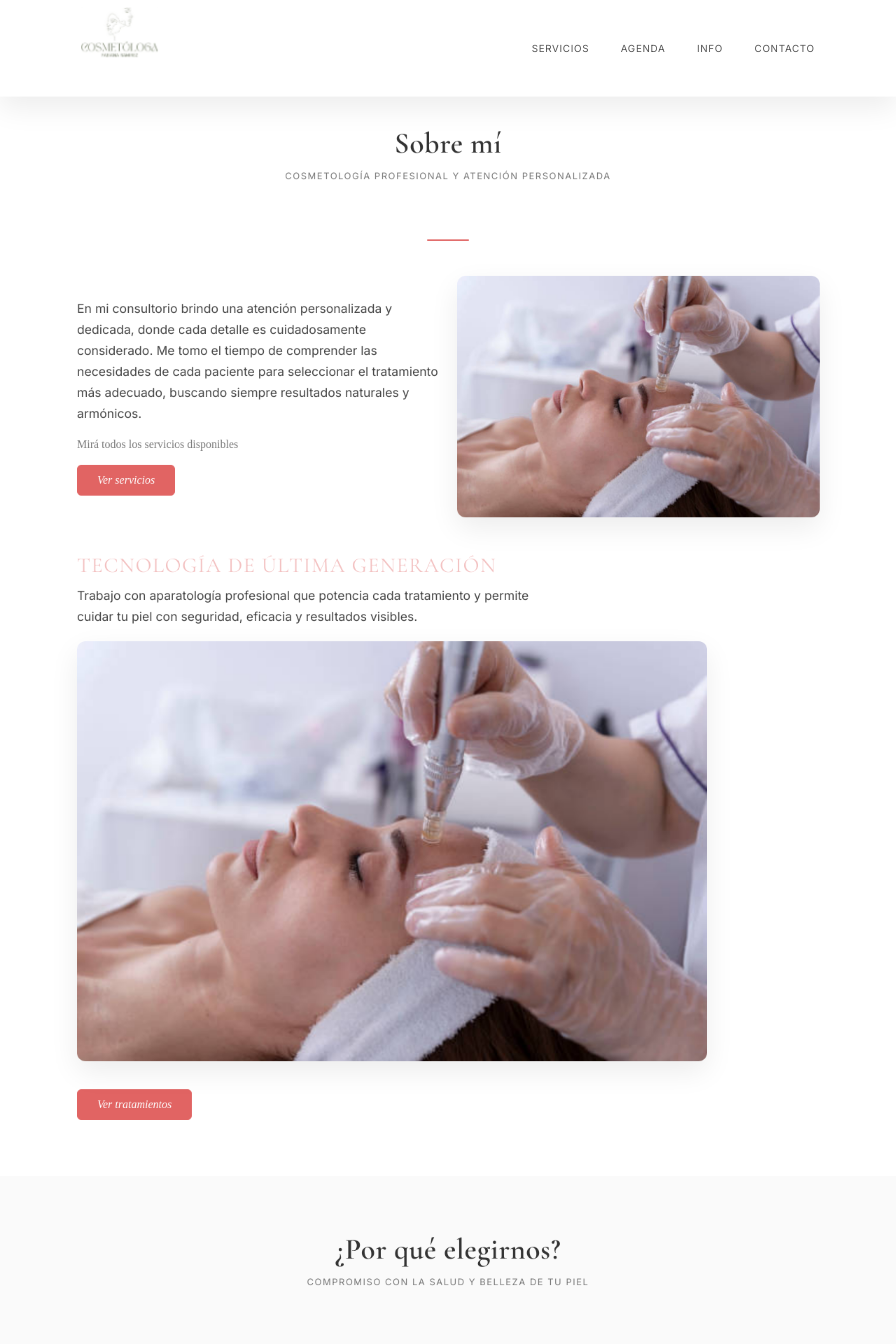
Repository: thiagobal1891-sudo/paginaweb
Page: pages/info.html
An editor plug-in stored every save of this project. The page is shown before and after the next save, followed by the edit.
The browser window is 1280 px wide. The pictures show the part of the page from y = 0 to 1920 px (the page is 2588 px tall before and 2648 px after), at 70% of full size.
Some web fonts or font styles are not loaded; a fallback is used.

Above is the page before, as saved 2026-03-17 11:33:13.
Console error: ReferenceError: emailjs is not defined

After the next save:
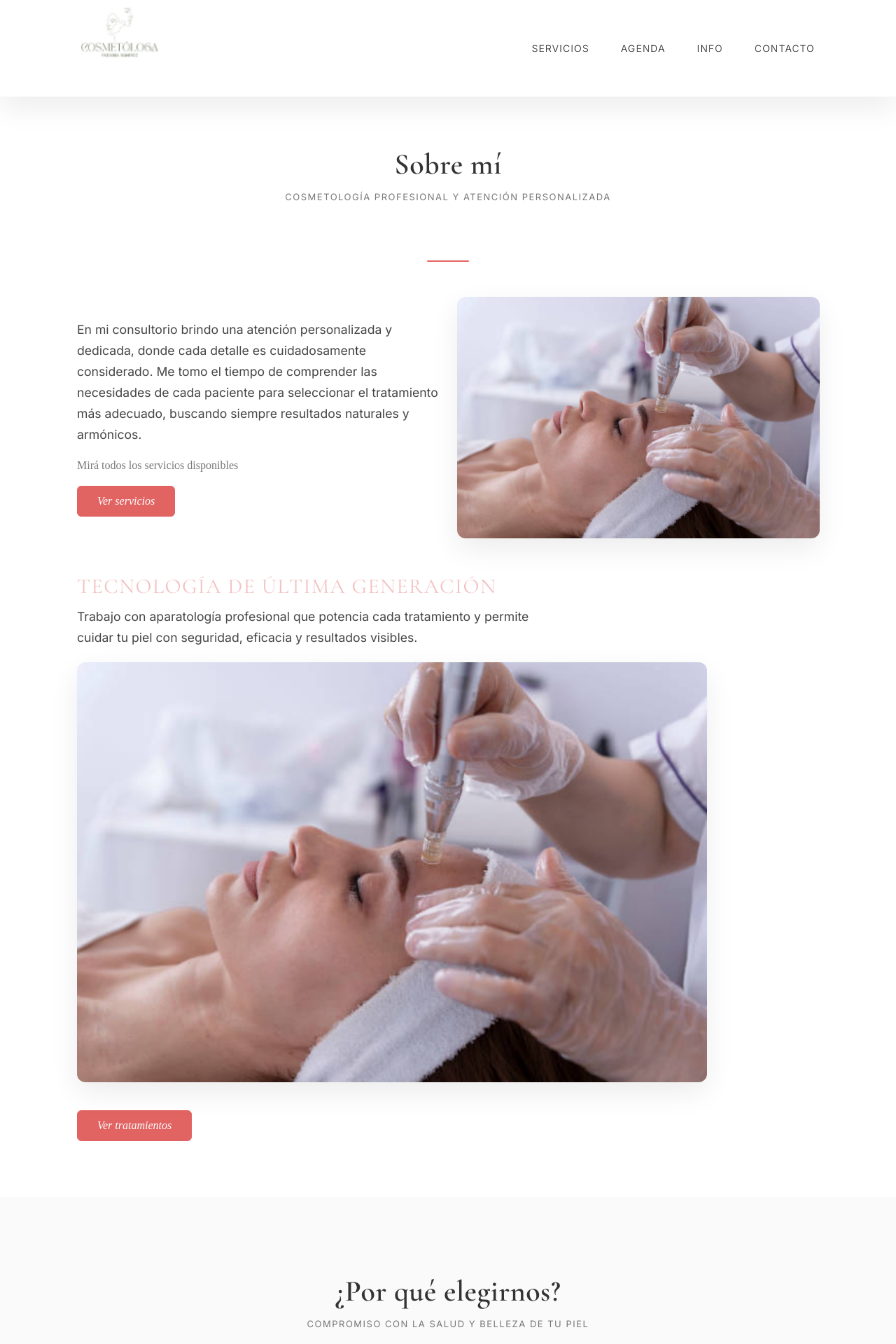
Saved 52 s later.
--- a/css/style.css
+++ b/css/style.css
@@ -279,7 +279,7 @@ transform:translateY(0);
 }
 .section-title{
   text-align:center;
-  position:relative;
+  position:relative; padding-top: 30px;
   }
 .section-title.show{
   opacity:1;
